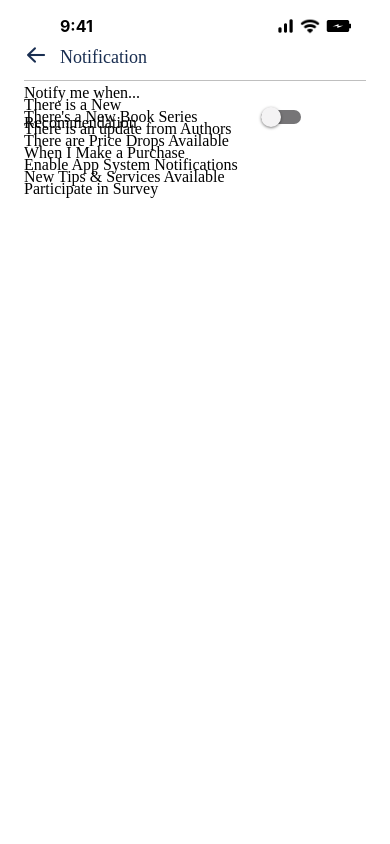
Repository: tnmod/Erabook
Screen: / (app in app/)
These files come from the project's save history. The screen is drawn as it stood at one moment and after a run of saves; the edit follows.
The app was drawn by React Native's web renderer in a window 390 px wide. The project was rebuilt for these pictures with package versions that can differ from the ones it lists, and the page was loaded fresh each time. Imported but missing from the stored project, and not drawn on this page: app/src/redux/features/CounterAPI.

Above is the screen before, as saved 2023-05-25 15:50:16.

After the next 2 saves:
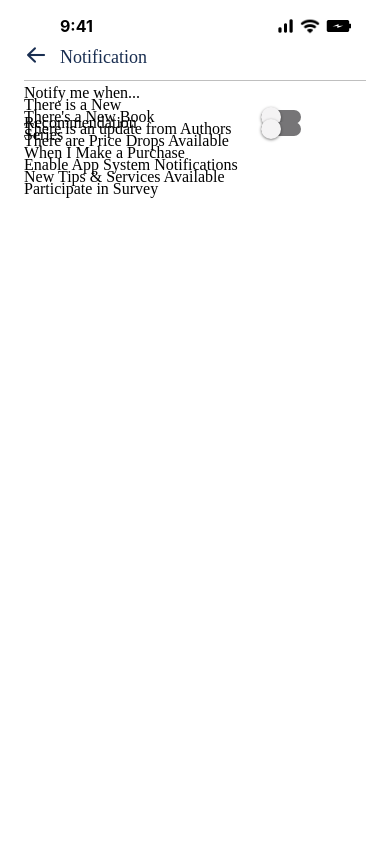
The 2 saves are shown as one change because they came seconds apart.
The last was saved 5 min 15 s later.
--- a/app/src/screens/Notification/Notification.tsx
+++ b/app/src/screens/Notification/Notification.tsx
@@ -35,6 +35,15 @@ const Notification: React.FC = () => {
                     </TouchableOpacity>
                     <TouchableOpacity style={[styles.container1]}>
                         <Text style={[styles.text3]}>There's a New Book Series</Text>
+                        <View style={styles.container3}>
+                            <Switch
+                                trackColor={{ false: '#767577', true: '#81b0ff' }}
+                                thumbColor={isEnabled ? '#f5dd4b' : '#f4f3f4'}
+                                ios_backgroundColor="#3e3e3e"
+                                onValueChange={toggleSwitch}
+                                value={isEnabled}
+                            />
+                        </View>
                     </TouchableOpacity>
                     <TouchableOpacity style={[styles.container1]}>
                         <Text style={[styles.text3]}>There is an update from Authors</Text>
